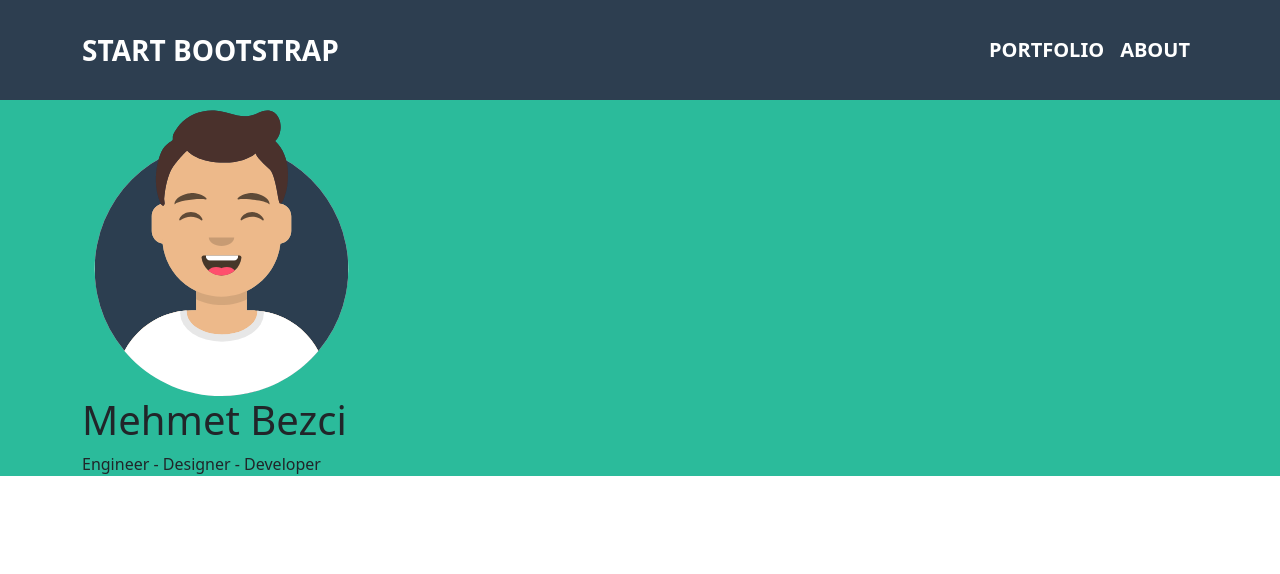
Repository: 7JaxeN7/WT-1255P-Mehmet_BEZC-
Page: index.html
The author's editor kept a copy of each file at every save. The page is drawn from the files as they stood at one save, then again after the next save.
The browser window is 1280 px wide. The pictures show the whole page.

Above is the page before, as saved 2025-01-06 21:06:19.

After the next save:
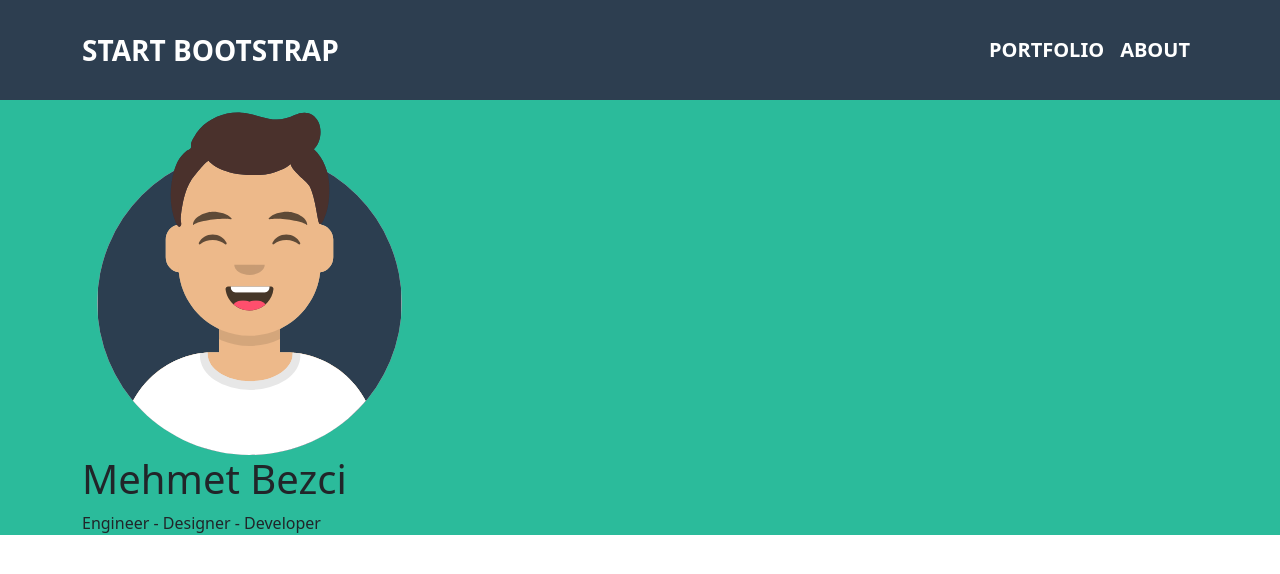
Saved 13 s later.
--- a/index.html
+++ b/index.html
@@ -36,7 +36,7 @@
   <!-- Herosection -->
    <div class="herosection-bg">
     <div class="container">
-      <img src="/assets/img/avataaars.svg" width="25%"/>
+      <img src="/assets/img/avataaars.svg" width="30%"/>
     <h1>Mehmet Bezci</h1>
     <p>Engineer - Designer - Developer</p>
     </div>
